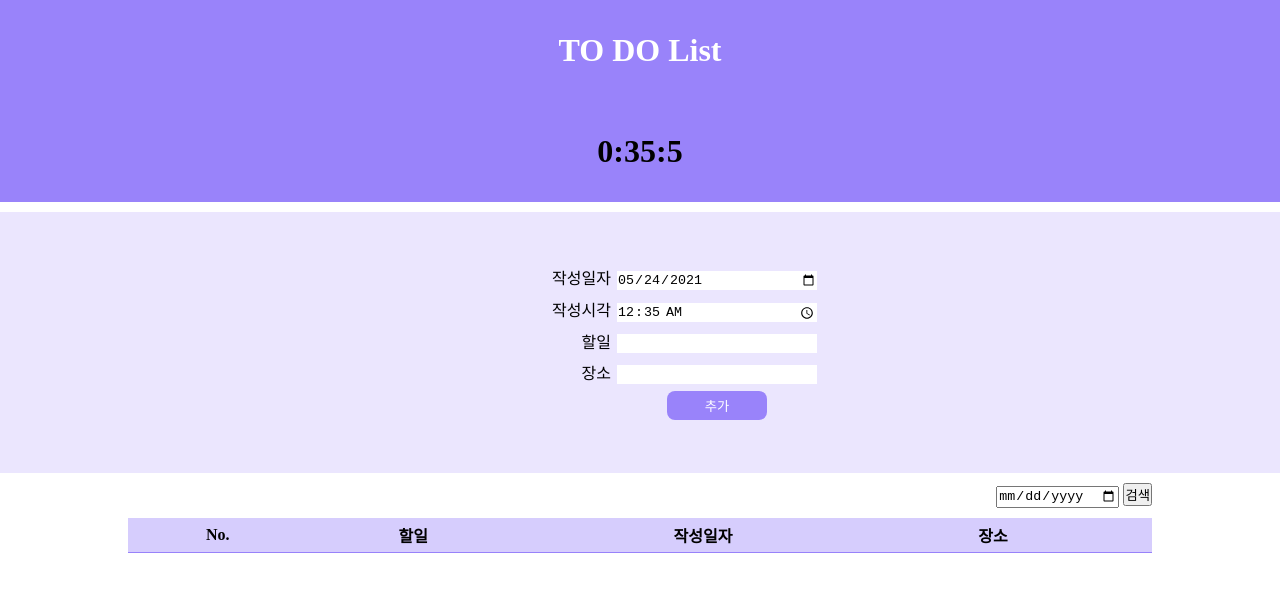
Repository: soyeon-noh/TodoList_Project
Page: http://localhost/Server_PR_TodoList/
An editor plug-in stored every save of this project. The page is shown before and after the next save, followed by the edit.
The browser window is 1280 px wide. The pictures show the whole page.
The page is served by Tomcat 9. Other server files are loaded and not shown. Queries for data that is not in the repository find no rows.

Above is the page before, as saved 2021-05-25 06:07:35.

### Server_PR_TodoList/src/main/webapp/WEB-INF/views/home.jsp
<%@ page language="java" contentType="text/html; charset=UTF-8"
    pageEncoding="UTF-8"%>
<%@ taglib uri="http://java.sun.com/jsp/jstl/core"
			prefix="c"%>
<c:set value="${pageContext.request.contextPath}"
		var="rootPath"/>
<!DOCTYPE html>
<html>
<head>
<meta charset="UTF-8">
<title>TODOList 메인화면</title>
<link href="${rootPath}/static/css/home.css?ver4" rel="stylesheet"/>

<style>

</style>


</head>
  <body>
  	<%@ include file="/WEB-INF/views/include_nav.jsp" %>
    <form class ="v1" method="POST">
    	<div>
    		<label for="date">작성일자</label>
    		<input name="td_date"
    				type="date" value="${TD.td_date}">
    	</div>

    	<div>
    		<label for="time">작성시각</label>
    		<input name="td_time"
    				type="time" value="${TD.td_time}">
    	</div>

    	<div>
    		<label for="todo">할일</label>
    		<input name="td_todo"
    				type="text" value="${TD.td_todo}">
    	</div>

    	<div>
    		<label for="place">장소</label>
    		<input name="td_place"
    				type="text" value="${TD.td_place}">
    	</div>
    	<div>
    		<label></label>
   			<button class="btn_insert" type="button">추가</button>
		</div>
    </form>

    <form class="select" method="GET">
    	<input name="select_date" type="date">
    	<button class="btn_select" type="button">
    		검색
    	</button>
    </form>

    <table id="tdlist">
      <tr>
        <th>No.</th>
        <th>할일</th>
        <th>작성일자</th>
        <th>장소</th>
        <th></th>
      </tr>
      <c:forEach items="${TDLIST}" var="TD" varStatus="i">
        <tr>
          <td>${i.count}</td>
          <td>${TD.td_todo}</td>
          <td>${TD.td_date}</td>
          <td>${TD.td_place}</td>
          <td><button class="btn_update" data-seq="${TD.td_seq}" type="button">
          		수정</button>
          		<button class="btn_delete" data-seq="${TD.td_seq}" type="button">
          		삭제</button></td>
        </tr>
      </c:forEach>
    </table>
  </body>

  <script>
  // html 코드가 다 화면에 뜨고 나서 실행하라는 명렁
  // 아래 한 줄의 코드가 있어야 어디든디 script를 넣을 수 있다.
	document.addEventListener("DOMContentLoaded",function(){

		document.querySelector("form.v1")
		.addEventListener("click", function(ev){
			let className = ev.target.className

			if(className == "btn_insert"){
				let td_todo = document.querySelector("input[name='td_todo']");
				if(td_todo.value == ""){
					alert("할 일은 반드시 입력해야합니다");
					td_todo.focus();
					return false;
				}

				document.querySelector("form.v1").submit();
			}
		})

		document.querySelector("form.select")
		.addEventListener("click", function(ev){
			let className = ev.target.className


			if(className == "btn_select"){
				let date = document.querySelector("input[name='select_date']")
				.value;

				if(date == ""){
					document
					.location
					.href= "${rootPath}";

					return false;
				}

				document
				.location
				.href= "${rootPath}"
						+ "/UD/select?td_date="
						+ date;
			}

		})

		document.querySelector("table#tdlist")
		.addEventListener("click", function(ev){
			let className = ev.target.className



			if(className == "btn_delete"){

				let seq = ev.target.dataset.seq
				alert(seq + " 삭제가 완료되었습니다.");

				document
				.location
				.replace( "${rootPath}"
						+ "/UD/delete?td_seq="
						+ seq )

			} else if(className == "btn_update"){

				let seq = ev.target.dataset.seq;

				document
				.location
				.href= "${rootPath}" +
						"/UD/update?td_seq="
						+ seq
			}

		})
	})
  </script>

</html>

### Server_PR_TodoList/src/main/webapp/WEB-INF/views/include_nav.jsp
<%@ page language="java" contentType="text/html; charset=UTF-8"
    pageEncoding="UTF-8"%>

<style>
	* {
		margin: 0;
		padding: 0;
		box-sizing: border-box;
	}

    h1.clock {
        color: black;
        text-align: center;
        background-color: rgba(153, 131, 250, 20);
        padding: 2rem;
    }

</style>
<h1>TO DO List</h1>
<h2 class="date"></h2>
<h1 class="clock"></h1>

<script>
	let date = document.querySelector(".date");

    function getDate(){
        const time = new Date();
        const year = time.getUTCFullYear();
        const month = time.getUTCMonth();
        const day = time.getUTCDay();
        date.textContent = year + "-" + month + "-" + day;
    }



	let clock = document.querySelector(".clock");


	function checkTime(i){
		if(i< 10){
			i = "0" + i;
		}
		return i;
	}

	function getTime() {

		  const time = new Date();
		  const hour = time.getHours();
		  const minutes = time.getMinutes();
		  const seconds = time.getSeconds();



		  clock.textContent = hour + ":" + minutes + ":" + seconds;

	}



	function init() {
	  setInterval(getTime, 1000);
	}

	init();
</script>

### Server_PR_TodoList/src/main/java/com/callor/todo/controller/HomeController.java
package com.callor.todo.controller;

import java.io.IOException;
import java.text.SimpleDateFormat;
import java.util.Date;
import java.util.List;

import javax.servlet.ServletException;
import javax.servlet.annotation.WebServlet;
import javax.servlet.http.HttpServlet;
import javax.servlet.http.HttpServletRequest;
import javax.servlet.http.HttpServletResponse;

import com.callor.todo.model.TodoListVO;
import com.callor.todo.service.TodoService;
import com.callor.todo.service.impl.TodoServiceImplV1;

@WebServlet("/")
public class HomeController extends HttpServlet{

	protected TodoService tdService;
	public HomeController() {
		tdService = new TodoServiceImplV1();
	}
	@Override
	protected void doGet(HttpServletRequest req, HttpServletResponse resp) throws ServletException, IOException {
		// TODO selectAll()
		List<TodoListVO> tdList = tdService.selectAll();
		req.setAttribute("TDLIST", tdList);

		// TODO insert()
		TodoListVO tdVO = new TodoListVO();

		// SimpleDateFormat : 날짜 및 시간을 형식화하고 구문 분석하는 메소드 제공
		SimpleDateFormat sd = new SimpleDateFormat("yyyy-MM-dd");
		SimpleDateFormat st = new SimpleDateFormat("HH:mm:ss");

		// 현재시간을 저장
		Date date = new Date(System.currentTimeMillis());

		// 현재 시간을 변환해 VO에 넣어준다
		tdVO.setTd_seq(0L);
		tdVO.setTd_date(sd.format(date));
		tdVO.setTd_time(st.format(date));

		req.setAttribute("TD", tdVO);

		// home.jsp 화면을 보여줘라
		RequestController.reqController(req, resp, "home");
	}
	@Override
	protected void doPost(HttpServletRequest req, HttpServletResponse resp) throws ServletException, IOException {
		// TODO insert()

		// 한글 인코딩 세팅
		req.setCharacterEncoding("UTF-8");

		// user가 입력한 data 확인
		String td_date = req.getParameter("td_date");
		String td_time = req.getParameter("td_time");
		String td_todo = req.getParameter("td_todo");
		String td_place = req.getParameter("td_place");

		TodoListVO tdVO = new TodoListVO();
		tdVO.setTd_date(td_date);
		tdVO.setTd_time(td_time);
		tdVO.setTd_todo(td_todo);
		tdVO.setTd_place(td_place);

		tdService.insert(tdVO);

		System.out.println("insert : " + tdVO);

		resp.sendRedirect("/todo");
	}

}

### Server_PR_TodoList/src/main/java/com/callor/todo/service/impl/TodoServiceImplV1.java
package com.callor.todo.service.impl;

import java.sql.Connection;
import java.sql.PreparedStatement;
import java.sql.ResultSet;
import java.sql.SQLException;
import java.util.ArrayList;
import java.util.List;

import com.callor.todo.config.DbInfo;
import com.callor.todo.config.MySQLConnection;
import com.callor.todo.model.TodoListVO;
import com.callor.todo.service.TodoService;

public class TodoServiceImplV1 implements TodoService{

	// 먼저 db와 연결
	protected Connection dbConn;

	public TodoServiceImplV1() {
		dbConn = MySQLConnection.getDBConnection();
	}


	protected List<TodoListVO> select(PreparedStatement pStr) throws SQLException{
		// TODO DB로부터 데이터를 받아와 List에 저장
		List<TodoListVO> tdList = new ArrayList<TodoListVO>();

		ResultSet rSet = pStr.executeQuery();
		while(rSet.next()) {
			TodoListVO tdVO = new TodoListVO();
			tdVO.setTd_seq(rSet.getLong(DbInfo.td_seq));
			tdVO.setTd_date(rSet.getString(DbInfo.td_date));
			tdVO.setTd_time(rSet.getString(DbInfo.td_time));
			tdVO.setTd_todo(rSet.getString(DbInfo.td_todo));
			tdVO.setTd_place(rSet.getString(DbInfo.td_place));
			tdList.add(tdVO);
		}

		// 데이터 확인
		System.out.println("select : " + tdList.toString());
		return tdList;
	}

	@Override
	public List<TodoListVO> selectAll() {
		// TODO List 전체 데이터 조회

		String sql = " SELECT * FROM tbl_todo_list ";
		sql += " ORDER BY td_date DESC, td_time DESC ";

		PreparedStatement pStr = null;

		try {
			pStr = dbConn.prepareStatement(sql);
			List<TodoListVO> tdList = this.select(pStr);
			pStr.close();

			System.out.println("selectAll : " + tdList.toString());
			return tdList;
		} catch (SQLException e) {
			// TODO Auto-generated catch block
			e.printStackTrace();
		}
		return null;
	}

	@Override
	public TodoListVO findById(Long seq) {
		// TODO 일련번호로 조회
		String sql = " SELECT * FROM tbl_todo_list ";
		sql += " WHERE td_seq = ? ";

		PreparedStatement pStr = null;

		try {
			pStr = dbConn.prepareStatement(sql);
			pStr.setLong(1, seq);

			List<TodoListVO> tdList = this.select(pStr);

			pStr.close();

			if(tdList != null && tdList.size() > 0) {
				return tdList.get(0);
			}


		} catch (SQLException e) {
			// TODO Auto-generated catch block
			e.printStackTrace();
		}
		return null;
	}

	@Override
	public List<TodoListVO> findByDate(String td_date) {
		// TODO 날짜로 조회
		String sql = " SELECT * FROM tbl_todo_list ";
		sql += " WHERE td_date = ? ";

		PreparedStatement pStr = null;

		try {
			pStr = dbConn.prepareStatement(sql);
			pStr.setString(1, td_date);

			List<TodoListVO> tdList = this.select(pStr);

			pStr.close();
			return tdList;

		} catch (SQLException e) {
			// TODO Auto-generated catch block
			e.printStackTrace();
		}
		return null;
	}

	@Override
	public List<TodoListVO> findByTodo(String td_todo) {
		// TODO 할일내용으로 조회
		return null;
	}

	@Override
	public List<TodoListVO> findByPlace(String td_place) {
		// TODO 장소로 조회
		return null;
	}

	@Override
	public Integer insert(TodoListVO tdVO) {
		// TODO 데이터 추가

		String sql = " INSERT INTO tbl_todo_list ";
		sql += " ( ";
		sql += " td_date, ";
		sql += " td_time, ";
		sql += " td_todo, ";
		sql += " td_place) ";
		sql += " VALUES( ?,?,?,? ) ";


		// SQL 구문을 실행시키는 객체
		PreparedStatement pStr = null;

		try {
			pStr = dbConn.prepareStatement(sql);
			pStr.setString(1, tdVO.getTd_date());
			pStr.setString(2, tdVO.getTd_time());
			pStr.setString(3, tdVO.getTd_todo());
			pStr.setString(4, tdVO.getTd_place());

			return pStr.executeUpdate();

		} catch (SQLException e) {
			// TODO Auto-generated catch block
			e.printStackTrace();
		}
		return null;
	}


	@Override
	public Integer update(TodoListVO tdVO) {
		// TODO 데이터 업데이트
		String sql = " UPDATE tbl_todo_list SET ";
		sql += " td_date = ?, ";
		sql += " td_time = ?, ";
		sql += " td_todo = ?, ";
		sql += " td_place = ? ";

		sql += " WHERE td_seq = ? ";

		PreparedStatement pStr = null;

		try {
			pStr = dbConn.prepareStatement(sql);
			pStr.setString(1, tdVO.getTd_date());
			pStr.setString(2, tdVO.getTd_time());
			pStr.setString(3, tdVO.getTd_todo());
			pStr.setString(4, tdVO.getTd_place());

			pStr.setLong(5, tdVO.getTd_seq());
			return pStr.executeUpdate();

		} catch (SQLException e) {
			// TODO Auto-generated catch block
			e.printStackTrace();
		}

		return null;
	}

	@Override
	public Integer delete(Long seq) {
		// TODO 데이터 삭제

		String sql = " DELETE FROM tbl_todo_list ";
		sql += "WHERE td_seq = ?";

		PreparedStatement pStr = null;

		try {
			pStr = dbConn.prepareStatement(sql);
			pStr.setLong(1, seq);
			return pStr.executeUpdate();

		} catch (SQLException e) {
			// TODO Auto-generated catch block
			e.printStackTrace();
		}
		return null;
	}
}

### Server_PR_TodoList/src/main/java/com/callor/todo/config/MySQLConnection.java
package com.callor.todo.config;

import java.sql.Connection;
import java.sql.DriverManager;
import java.sql.SQLException;

public class MySQLConnection {

	private static Connection dbConn;

	static {

		String jdbcDriver = "com.mysql.cj.jdbc.Driver";
		String url = "jdbc:mysql://localhost:3306/todolist";
		String username = "tdUser";
		String password = "12345";

		try {
			Class.forName(jdbcDriver);
			if(dbConn == null) {
				dbConn = DriverManager.getConnection(url, username, password);
			}
			System.out.println("MySQL 접속 성공!!");
		} catch (ClassNotFoundException e) {
			System.out.println("MySQL Driver 를 찾을 수 없음");
		} catch (SQLException e) {
			System.out.println("MySQL DBMS 연결 실패");
		}
	}

	public static Connection getDBConnection() {
		return dbConn;
	}

}

### Server_PR_TodoList/src/main/java/com/callor/todo/model/TodoListVO.java
package com.callor.todo.model;

import lombok.AllArgsConstructor;
import lombok.Getter;
import lombok.NoArgsConstructor;
import lombok.Setter;
import lombok.ToString;

@Getter
@Setter
@ToString
@NoArgsConstructor
@AllArgsConstructor
public class TodoListVO {

	private Long td_seq;	//BIGINT
    private String td_date;	//VARCHAR(20)
    private String td_time;	//VARCHAR(20)
	private String td_todo;	//VARCHAR(200)
    private String td_place;	//VARCHAR(125)
}

### Server_PR_TodoList/src/main/java/com/callor/todo/controller/RequestController.java
package com.callor.todo.controller;

import java.io.IOException;

import javax.servlet.ServletException;
import javax.servlet.http.HttpServlet;
import javax.servlet.http.HttpServletRequest;
import javax.servlet.http.HttpServletResponse;

public class RequestController extends HttpServlet{

	public static void reqController (HttpServletRequest req,
			HttpServletResponse resp, String file) throws ServletException, IOException {

		String root = "/WEB-INF/views/" + file + ".jsp";

		req.getRequestDispatcher(root)
		.forward(req, resp);


	}

}

### Server_PR_TodoList/src/main/webapp/static/css/home.css
@charset "UTF-8";

/* 여백 초기화 */
* {
	margin: 0;
	padding: 0;
	box-sizing: border-box;
}

h1 {
	color: white;
	text-align: center;
	background-color: rgba(153,131,250,1);
	padding: 2rem;

}

form.v1 {
	background-color: rgba(153,131,250,0.2);
	padding: 3rem 5rem 3rem 5rem;
	margin: 10px auto;
}

form.v1 div {
	text-align: center;
	margin: 5px;
}

form.v1 div label{
	display: inline-block;

	width: 150px;
	text-align: right;
}

form.v1 input{
	width: 200px;
	border: 1px;
	height: 1.2rem;
	margin: 2px;
}

form.v1 div button{
		outline: 0;
		border: 0;
		width: 100px;
		color: white;
		padding: 5px;
		background-color: rgba(153,131,250,1);
		border-radius: 8px;


}

/* 여기왜안됨*/
form.select{
	text-align: right;
	width: 80%;
	margin: 10px auto;
}

table {
	border-collapse: collapse;
	width: 80%;
	margin: 10px auto;
}

td, th {
	border-bottom: 1px solid #9882FA;
	padding: 5px;
	text-align: center;
}

th {
	background-color: rgba(153,131,250,0.4);
}

After the next save:
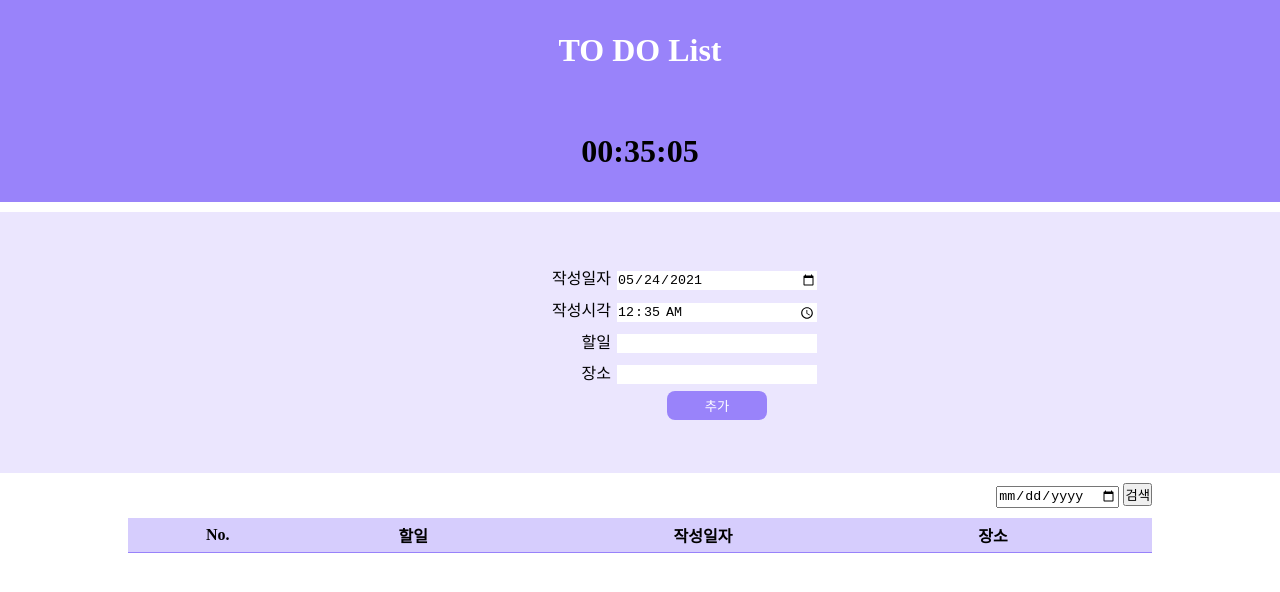
Saved 51 s later.
--- a/Server_PR_TodoList/src/main/webapp/WEB-INF/views/include_nav.jsp
+++ b/Server_PR_TodoList/src/main/webapp/WEB-INF/views/include_nav.jsp
@@ -46,11 +46,13 @@
 	function getTime() {
 
 		  const time = new Date();
-		  const hour = time.getHours();
-		  const minutes = time.getMinutes();
-		  const seconds = time.getSeconds();
+		  let hour = time.getHours();
+		  let minutes = time.getMinutes();
+		  let seconds = time.getSeconds();
 
-
+		  hour = checkTime(hour);
+		  minutes = checkTime(minutes);
+		  seconds = checkTime(seconds);
 
 		  clock.textContent = hour + ":" + minutes + ":" + seconds;
 
